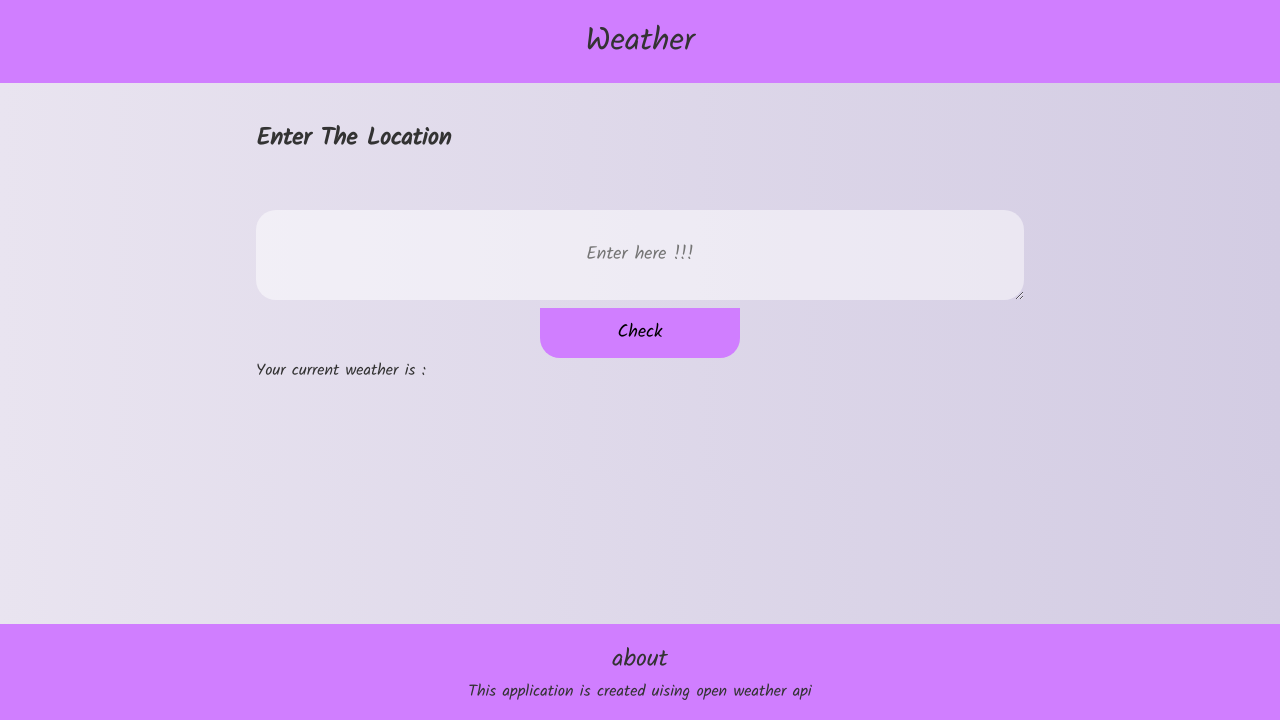
Repository: Irfan-vit/openapi
Page: index.html
The author's editor kept a copy of each file at every save. The page is drawn from the files as they stood at one save, then again after a run of saves.
The browser window is 1280 px wide. The pictures show the whole page.

Above is the page before, as saved 2021-05-27 23:57:05.

After the next 2 saves:
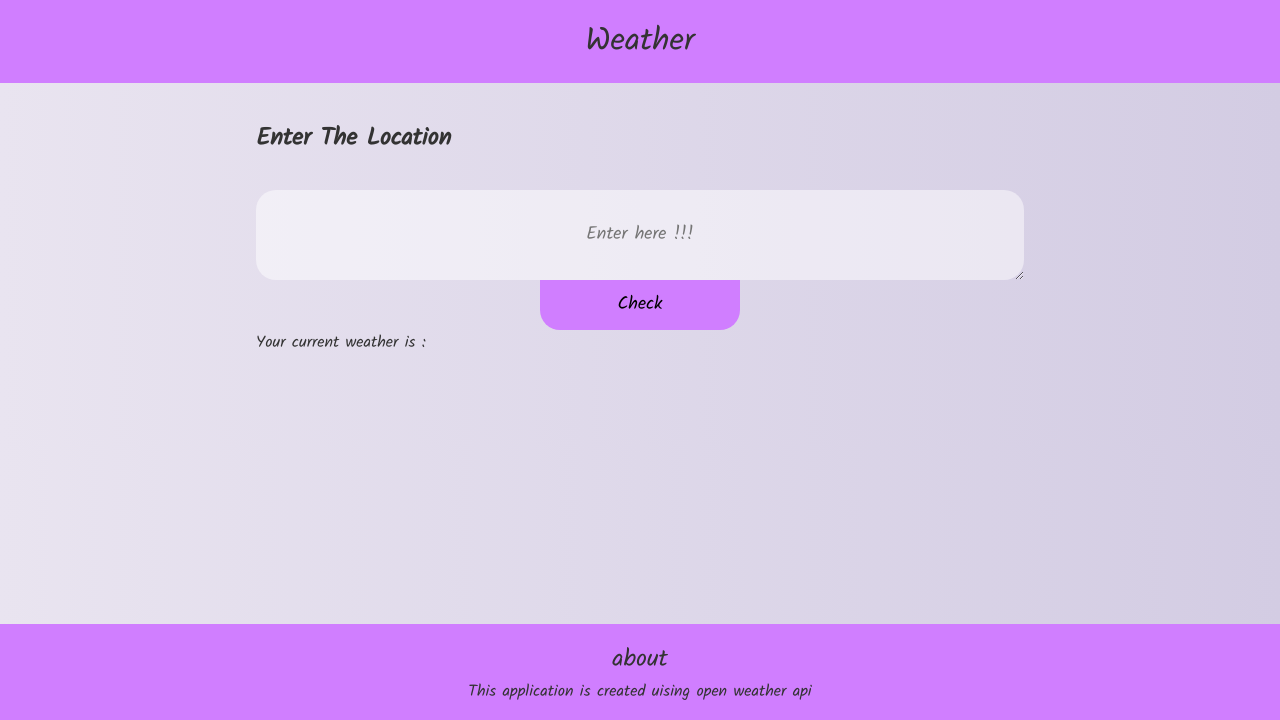
The 2 saves are shown as one change because they came seconds apart.
The last was saved 12 s later.
--- a/style.css
+++ b/style.css
@@ -31,7 +31,7 @@ main {
 
 textarea {
     /* box-sizing: border-box; */
-    /* display: block; */
+    display: block;
     width: 100%;
     min-height: 5vh;
     margin-top: 2rem;
@@ -46,7 +46,7 @@ textarea {
 
 textarea:hover {
     /* box-sizing: border-box; */
-    /* display: block; */
+    display: block;
     width: 100%;
     min-height: 5vh;
     margin-top: 2rem;
